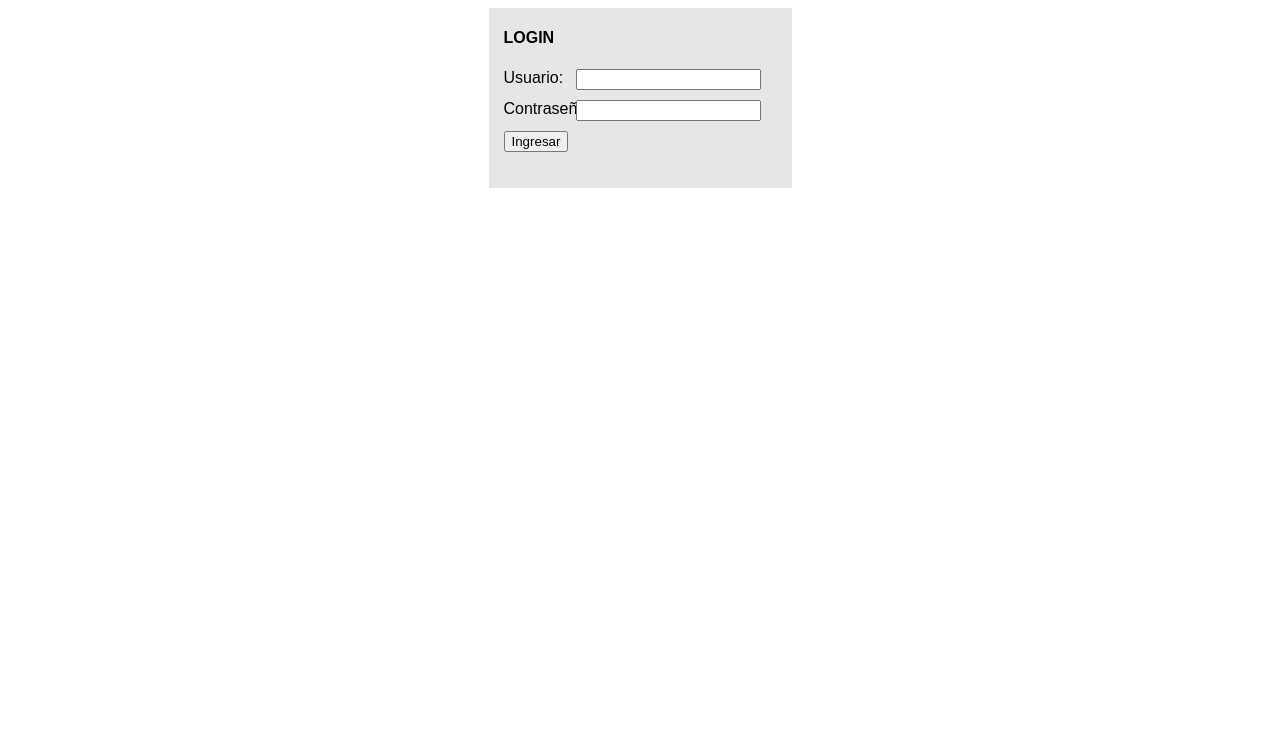
Repository: juanmondragonc/torre-project
Page: http://localhost/torre/login.jsp
The author's editor kept a copy of each file at every save. The page is drawn from the files as they stood at one save, then again after the next save.
The browser window is 1280 px wide. The pictures show the whole page.
The page is served by Tomcat 9.

Above is the page before, as saved 2022-08-10 20:46:56.

After the next save:
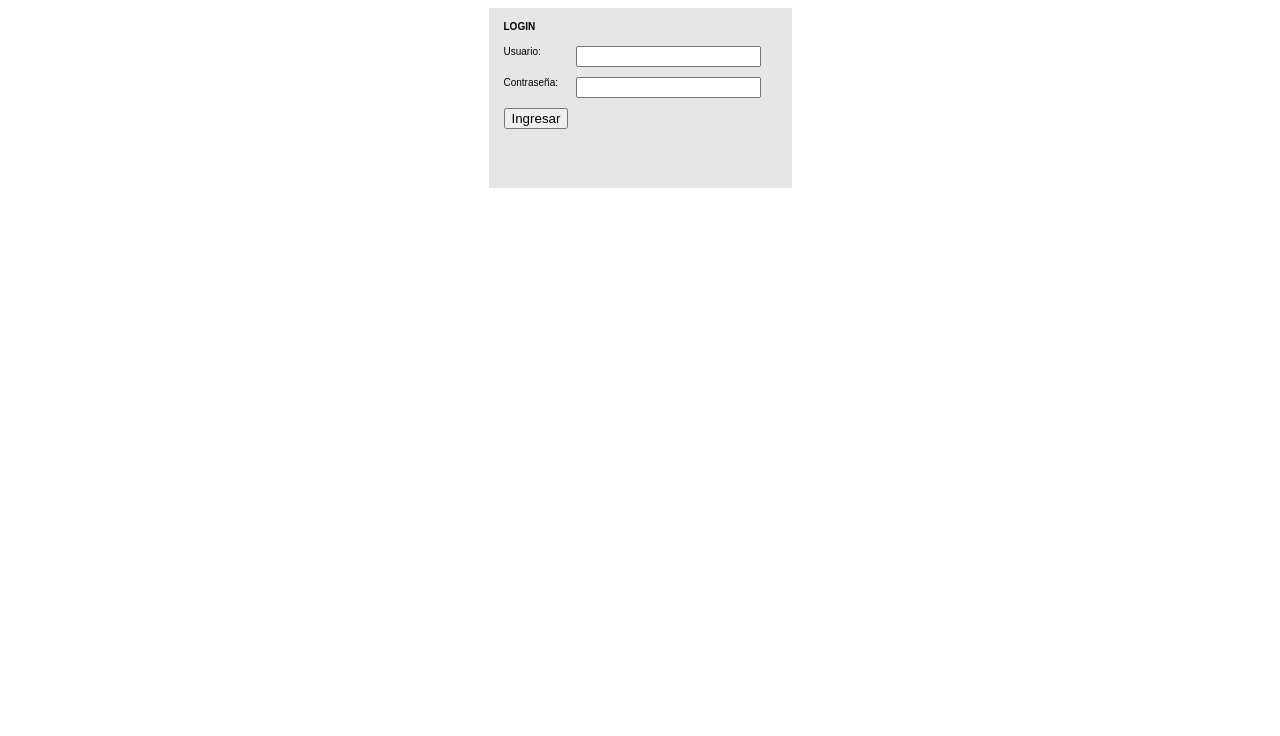
Saved 65 s later.
--- a/torre/src/main/webapp/css/style.css
+++ b/torre/src/main/webapp/css/style.css
@@ -1,5 +1,6 @@
  body {
  	font-family: sans-serif;
+ 	font-size: 10px;
 }
  .container {
  	height: 100vh;

After the save that followed:
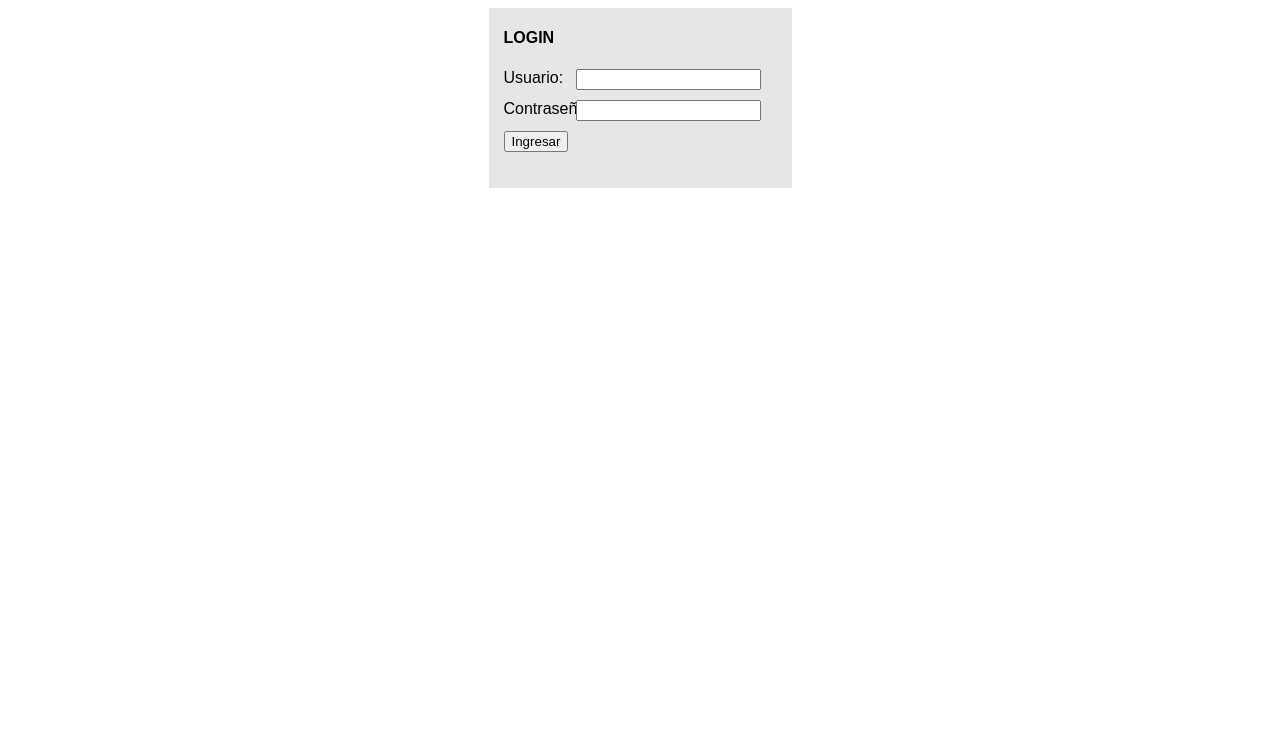
Saved 49 s later.
--- a/torre/src/main/webapp/css/style.css
+++ b/torre/src/main/webapp/css/style.css
@@ -1,6 +1,6 @@
  body {
  	font-family: sans-serif;
- 	font-size: 10px;
+ 	font-size: 1em;
 }
  .container {
  	height: 100vh;
